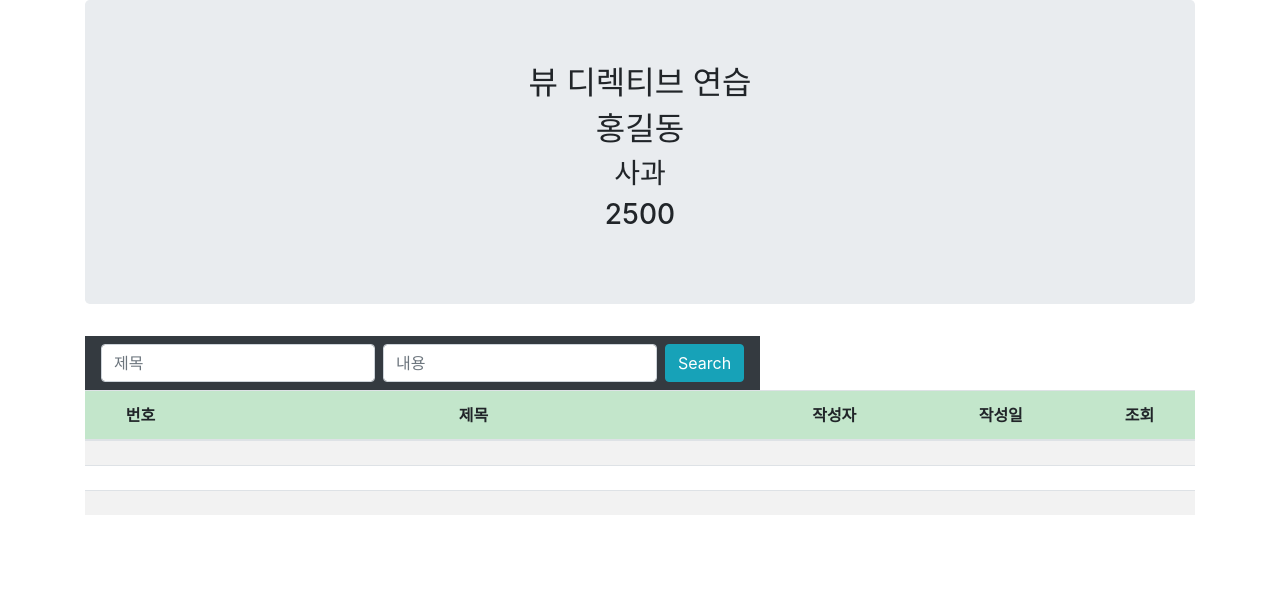
Repository: arongss/java
Page: springweb/src/main/webapp/a02_vue/a02_directive.html
The author's editor kept a copy of each file at every save. The page is drawn from the files as they stood at one save, then again after the next save.
The browser window is 1280 px wide. The pictures show the whole page.

Above is the page before, as saved 2023-02-01 07:35:16.

### springweb/src/main/webapp/a02_vue/a02_directive.html
<!DOCTYPE html>
<html>
<head>
<meta charset="UTF-8">
<title>Insert title here</title>
<link rel="stylesheet" href="/springweb/a00_com/bootstrap.min.css" >
<style>
	td{text-align:center;}
</style>
<script src="https://cdn.jsdelivr.net/npm/vue/dist/vue.js"></script>
<script src="/springweb/a00_com/jquery.min.js"></script>
<script src="/springweb/a00_com/bootstrap.min.js"></script>
<script type="text/javascript">
/*
1. 단방향 디렉티브
	1) {{모델명}} : 모델데이터를 처리하는 기본 형식
		출력형식 태그에 바로 사용한다. ex) <h2>{{모델명}}</h2>
	2) v-text : 모델데이터를 태그의 속성으로 선언하여 출력할 데이터를
		처리하는 방식
		ex) <h2 v-text="모델명"></h2>
 */
	$(document).ready(function(){
		var vm = new Vue({
			el:".container",
			data:{msg:"뷰 디렉티브 연습", name:"홍길동",
				pname:"사과",price:2500}
		})
	});
</script>
</head>
<body>
<!-- ex) 물건명, 가격을 모델데이터로 선언하고
		h3, h3에 v-text속성으로 출력되게 하세요 -->
<div class="container">
	<div class="jumbotron text-center">
	  <h2 >{{msg}}</h2>
	  <h2 v-text="name"></h2>
	  <h3 v-text="pname"></h3>
	  <h3 v-text="price"></h3>
	</div>
	<form id="frm01" class="form-inline"  method="post">
  	<nav class="navbar navbar-expand-sm bg-dark navbar-dark">
	    <input class="form-control mr-sm-2" placeholder="제목" />
	    <input class="form-control mr-sm-2" placeholder="내용" />
	    <button class="btn btn-info" type="submit">Search</button>
 	</nav>
	</form>
   <table class="table table-hover table-striped">
   	<col width="10%">
   	<col width="50%">
   	<col width="15%">
   	<col width="15%">
   	<col width="10%">
    <thead>

      <tr class="table-success text-center">
        <th>번호</th>
        <th>제목</th>
        <th>작성자</th>
        <th>작성일</th>
        <th>조회</th>
      </tr>
    </thead>
    <tbody>
    	<tr><td></td><td></td><td></td><td></td><td></td></tr>
    	<tr><td></td><td></td><td></td><td></td><td></td></tr>
    	<tr><td></td><td></td><td></td><td></td><td></td></tr>
    </tbody>
	</table>
</div>
</body>
</html>

Loaded but not shown: springweb/src/main/webapp/a00_com/bootstrap.min.css (library); springweb/src/main/webapp/a00_com/jquery.min.js (library); springweb/src/main/webapp/a00_com/bootstrap.min.js (library)

After the next save:
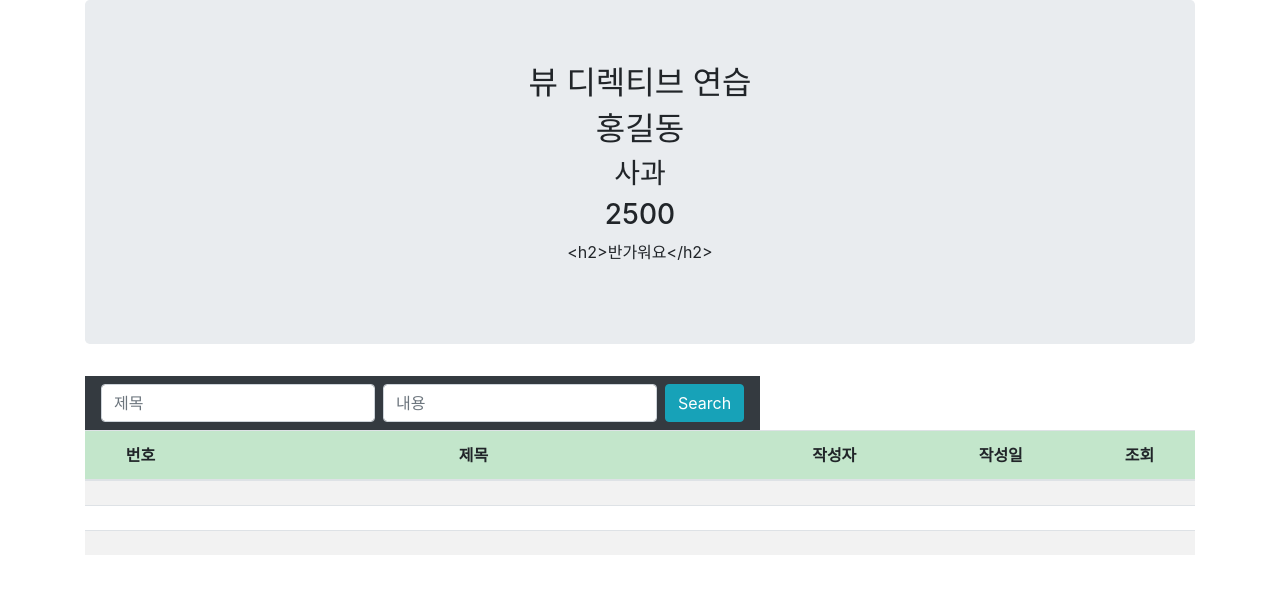
Saved 56 s later.
--- a/springweb/src/main/webapp/a02_vue/a02_directive.html
+++ b/springweb/src/main/webapp/a02_vue/a02_directive.html
@@ -23,7 +23,8 @@
 		var vm = new Vue({
 			el:".container",
 			data:{msg:"뷰 디렉티브 연습", name:"홍길동",
-				pname:"사과",price:2500}
+				pname:"사과",price:2500,
+				msg2:"<h2>반가워요</h2>"}
 		})
 	});
 </script>
@@ -37,6 +38,7 @@
 	  <h2 v-text="name"></h2>
 	  <h3 v-text="pname"></h3>
 	  <h3 v-text="price"></h3>
+	  <p v-text="msg2"></p>
 	</div>
 	<form id="frm01" class="form-inline"  method="post">
   	<nav class="navbar navbar-expand-sm bg-dark navbar-dark">
